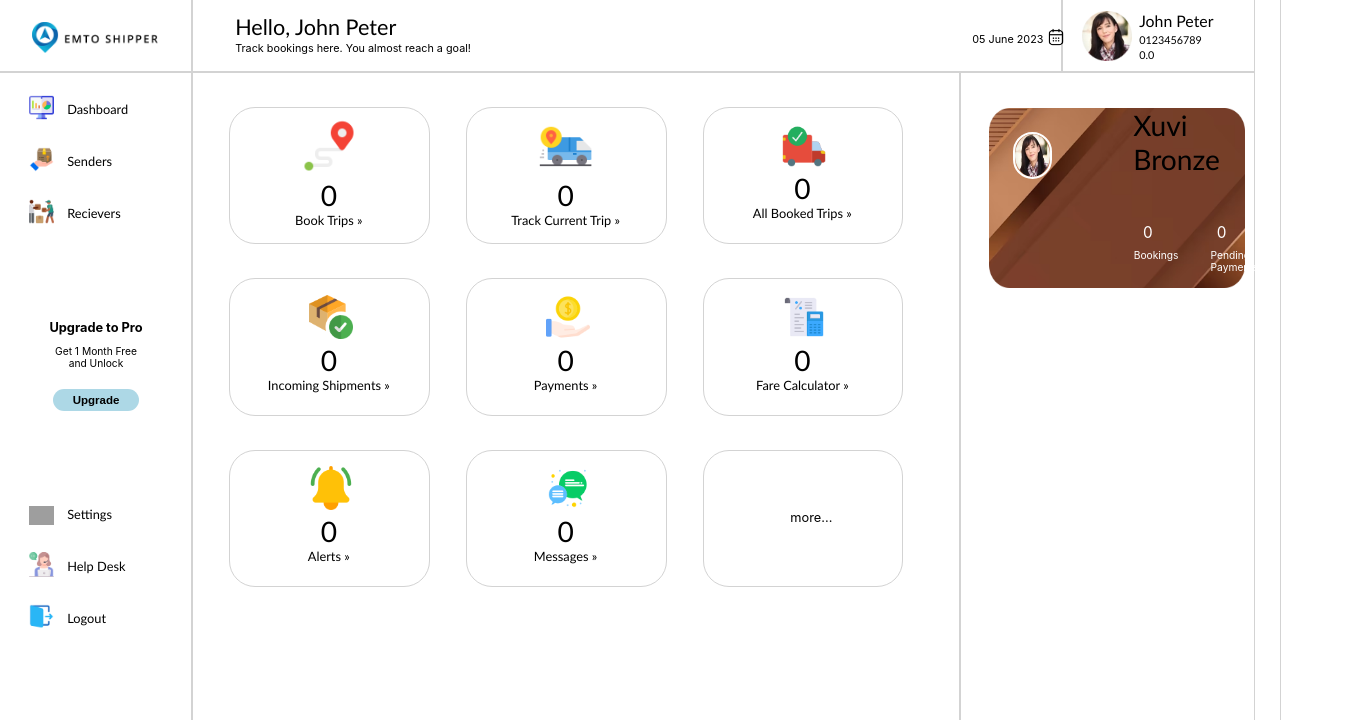
Repository: RoshanArun/Emto-Web
Page: /dashboard (app in emto/reactfirst/)
The author's editor kept a copy of each file at every save. The page is drawn from the files as they stood at one save, then again after the next save.
The browser window is 1280 px wide. The page is 1320 px wide, then 1351 px, then 1320 px, so the pictures cover 1351 px, including what lies to the right of the window. The pictures show the whole page.
Pictures or frames that could not be fetched are drawn as grey boxes. The project was rebuilt for these pictures with package versions that can differ from the ones it lists, and the page was loaded fresh each time. Also part of the build but not shown: emto/reactfirst/src/pages/SignUp/SignUp.css, emto/reactfirst/src/pages/SignUp/SignUp.js, emto/reactfirst/src/pages/Login/Login.js.

Above is the page before, as saved 2023-07-30 02:17:41.

### emto/reactfirst/src/App.js
import React from 'react';
import './pages/Login/Login.css';
import './pages/SignUp/SignUp.css';
import './pages/DashBoard/DashBoard.css';

import { BrowserRouter as Router, Routes, Route }
    from 'react-router-dom';

import SignUp from './pages/SignUp/SignUp';
import Login from './pages/Login/Login';
import DashBoard from './pages/DashBoard/DashBoard';


function App() {
    return (
        <Router>
            <Routes>
                <Route exact path='/' element={<Login />} />
                <Route path='/sign-up' element={<SignUp />} />
                <Route path='/dashboard' element={<DashBoard />} />
            </Routes>
        </Router>
    );
}

export default App;

### emto/reactfirst/src/pages/Login/Login.css
.wrapper {
  width: 100%;
  height: 100%;
  display: flex;
  flex-basis: 100%;
}

.page-left {
  width: 30%;
  min-width: 250px;
  height: 100vh;
  min-height: 570px;
  background-color: #f5f5f5;
}

.page-right {
  width: 100%;
  height: 75vh;
  background-color: #ffffff;
}

.logo {
  width: 60%;
  padding-top: 5%;
  padding-left: 5%;
  padding-bottom: 35%;
}

.truck {
  width: 100%;
  padding-bottom: 10%;
}

.emtocaption {
  width: 65%;
  padding-left: 7%;
  padding-bottom: 5%;
}

.loginbox {
  width: 85%;
  background-color: white;
  border-radius: 25px;
  margin-left: 5%;
  padding-left: 5%;
  padding-top: 2%;
  padding-bottom: 10%;
}

.details {
  font-size: 13px;
  font-family: 'Gill Sans', 'Gill Sans MT', Calibri, 'Trebuchet MS', sans-serif;
  padding-bottom: 8%;
}

.link {
  font-size: 10px;
  font-family: 'Gill Sans', 'Gill Sans MT', Calibri, 'Trebuchet MS', sans-serif;
}

.signin-content {
  height: 85%;
  width: 240px;
  margin-left: auto;
  margin-right: auto;
  padding-top: 30vh;
  min-height: 300px;
}

.signin-label {
  font-size: 27px;
  padding-bottom: 10%;
  padding-right: 30%;
  font-family: 'Gill Sans', 'Gill Sans MT', Calibri, 'Trebuchet MS', sans-serif;
  float: left;
}

.num-label {
  float: left;
  font-size: 12px;
  margin-bottom: 7px;
  font-family: 'Gill Sans', 'Gill Sans MT', Calibri, 'Trebuchet MS', sans-serif;
}

.numinput {
  border-radius: 5px;
  border: 1px solid lightgrey;
  height: 35px;
  width: 235px;
  float: left;
}

input::-webkit-inner-spin-button {
  -webkit-appearance: none;
  margin: 0;
}

.small {
  display: block;
  margin-bottom: -10px;
}

.invalidnumber {
  font-size: 8px;
  float: right;
  color: red;
}

.OTP-label {
  float: left;
  font-size: 11px;
  margin-right: 200px;
  margin-bottom: 7px;
  font-family: 'Gill Sans', 'Gill Sans MT', Calibri, 'Trebuchet MS', sans-serif;
}

.OTPNUM-input {
  width: 50px;
  height: 50px;
  border-radius: 5px;
  border: 1px solid lightgrey;
  position: relative;
  margin-right: 6px;
}

.OTPNUM-inputend {
  width: 50px;
  height: 50px;
  border-radius: 5px;
  border: 1px solid lightgrey;
  position: relative;
}

.invalidOTP {
  font-size: 8px;
  float: right;
  color: red;
}

.submit-button {
  width: 240px;
  height: 35px;
  background-color: #0d69ae;
  color: white;
  border-radius: 5px;
  border: 1px solid lightgrey;
  font-family: 'Gill Sans', 'Gill Sans MT', Calibri, 'Trebuchet MS', sans-serif;
  font-size: 11px;
  margin-top: 10px;
}

.bottom {
  height: 5%;
  margin-top: 1.5%;
  width: 100%;
  font-size: 9px;
  font-family: 'Gill Sans', 'Gill Sans MT', Calibri, 'Trebuchet MS', sans-serif;
}

.terms {
  margin-left: 5px;
  float: left;
}

.language {
  font-size: 9px;
  float: right;
  font-family: 'Gill Sans', 'Gill Sans MT', Calibri, 'Trebuchet MS', sans-serif;
  padding: 3px;
  margin-right: 10px;
}

.radio-button {
  float: right;
  height: 10px;
  width: 10px;
}

@media (max-width: 600px) {
  .wrapper {
    flex-wrap: wrap;
  }

  div {
    flex-basis: 33%;
  }

  .page-left {
    width: 100%;
    min-width: 100%;
    height: 100%;
    background-color: #f5f5f5;
  }

  .box {
    width: 85%;
    background-color: white;
    border-radius: 25px;
    margin-left: 5%;
    padding-left: 5%;
    padding-top: 2%;
    padding-bottom: 5%;
    margin-bottom: 5%;
  }

  .page-right {
    width: 100%;
    min-width: 100%;
    height: 150vw;
    background-color: #f5f5f5;
  }

  .signin-content {
    height: 85%;
    width: 240px;
    padding-top: 25vh;
    text-align: center;

  }
}

### emto/reactfirst/src/pages/DashBoard/DashBoard.css
.dash {
  height: 100vh;
  width: 100vw;
  outline: 1px solid lightgray;
  min-width: 1025px;;
  display: flex;
  flex-wrap: wrap;
}

.top-logo {
  width: 15vw;
  height: 10vh;
  outline: 1px solid lightgray;
  min-height: 55px;;
  min-width: 150px;;
}

.top-intro {
  width: 68vw;
  height: 10vh;
  outline: 1px solid lightgray;
  min-width: 450px;
  min-height: 55px;;
  min-width: 680px;;
}

.top-profile {
  width: 15vw;
  height: 10vh;
  outline: 1px solid lightgray;
  min-width: 100px;
  min-height: 55px;;
  min-width: 165px;;
}

.bottom-options {
  width: 15vw;
  height: 90vh;
  outline: 1px solid lightgray;
  min-height: 450px;
  min-width: 150px;;
}

.bottom-info {
  width: 60vw;
  height: 90vh;
  outline: 1px solid lightgray;
  min-width: 600px;;
}

.bottom-profile {
  width: 23vw;
  height: 90vh;
  outline: 1px solid lightgray;
  min-width: 250px;
}


.dashboardlogo {
  width: 17.5vh;
  margin-top: 3vh;
  margin-left: 2.5vw;
  min-width: 100px;
}

.dashboardicon {
  margin-top: 12%;
  margin-left: 15%;
  width: 13%;
  min-width: 20px;
}

.dashboardlabels {
  margin-left: 7%;
  font-size: 1vw;
  position: relative;
  bottom: .5vw;
  font-family: 'Gill Sans', 'Gill Sans MT', Calibri, 'Trebuchet MS', sans-serif;
  color: black;
}

.pro {
  font-size: 1.0vw;
  font-weight: bold;
  text-align: center;
  display: block;
  margin-bottom: 5%;
  margin-top: 10vh;
}

.unlock {
  display: block;
  font-size: .8vw;
  word-wrap: break-word;
  text-align: center;

}

.unlock2 {
  font-size: .8vw;
  text-align: center;
  display: block;

}

.upgrade {
  background-color: lightblue;
  border: none;
  border-radius: 15px;
  width: 45%;
  height: 3.5%;
  margin-left: auto;
  margin-right: auto;
  display: grid;
  margin-bottom: 10vh;
  text-align: center;
  font-size: .9vw;
  font-weight: bold;
  align-items: center;
}

.intro {
  font-size: 3vh;
  font-family: 'Gill Sans', 'Gill Sans MT', Calibri, 'Trebuchet MS', sans-serif;
  padding-left: 6vh;
  margin-top: 2vh;
  display: inline-block;
}

.introsub {
  margin-left: 6vh;
  font-size: 1.5vh;
  margin-top: 2px;
  display: flex;
}


.Calender {
  position: relative;
  left: 45vw;
  top: 1vh;
  font-size: 1.5vh;
}

.calenderIcon {
  width: 2.5vh;
  position: relative;
  left: 45.25vw;
  top: 1.5vh;
  font-size: 1.5vh;
}

.profileIcon {
  width: 7vh;
  margin-left: 10%;
  margin-top: 1.5vh;
  min-width: 40px
}

.userLabel {
  margin-left: 6vw;
  font-size: 2.2vh;
  position: relative;
  bottom: 7.5vh;
  font-family: 'Gill Sans', 'Gill Sans MT', Calibri, 'Trebuchet MS', sans-serif;
  color: black;
  display: block;
  margin-bottom: -17.5px
}

.userLabel2 {
  margin-left: 6vw;
  font-size: 1.5vh;
  position: relative;
  bottom: 7.5vh;
  font-family: 'Gill Sans', 'Gill Sans MT', Calibri, 'Trebuchet MS', sans-serif;
  color: black;
  display: block;
  margin-bottom: -17.5px
}

.box {
  margin-top: 5vh;
  height: 6vh;
  width: 12.5vw;
  outline: 1px solid lightgray;
  display: inline-block;
  vertical-align: top;
  background-color: white;
  border-radius: 25px;
  margin-left: 5%;
  padding-left: 5%;
  padding-top: 2%;
  padding-bottom: 10%;
  min-width: 130px;
  min-height: 40px;

}

.boximage {
  width: 35%;
  margin-left: 20%;
  margin-top: -5px;
  margin-right: auto;
}

.boximage2 {
  width: 27.5%;
  margin-left: 25%;

}

.boxLabel {
  display: block;
  margin-left: 32.5%;
  font-size: 2.2vw;
  font-family: 'Gill Sans', 'Gill Sans MT', Calibri, 'Trebuchet MS', sans-serif;

}

.boxlabel2 {
  display: block;
  font-size: 1vw;
  text-align: center;
  margin-left: -25%;
  margin-top: -20px;
  font-family: 'Gill Sans', 'Gill Sans MT', Calibri, 'Trebuchet MS', sans-serif;
}

.more {
  margin-left: 30%;
  margin-top: 27.5%;
  display: block;
  font-size: 1vw;
}

.bronze{
  width: 20vw;
  height: 25vh;
  min-height: 140px;
  display: inline-block;
}

.bronzelabel{
  display: block;
  margin-left: 32.5%;
  font-size: 2.2vw;
  font-family: 'Gill Sans', 'Gill Sans MT', Calibri, 'Trebuchet MS', sans-serif;

}

.bronzeicon{
  width: 6vw;
  height: 6vh;
  margin-left: -90%;
  margin-top: 10%;
  outline: 2px solid white;
  border-radius: 205px;
  min-width: 35px;
  min-height: 35px;
}

.bronzeInformation{
  display: flex;
  position: relative;
  right: 30%;
  margin-top: 45%;
  margin-right: 5vw;
  font-size: 1.2vw;
  color: white;
}


.bronzeInformation2{
  display: flex;
  position: relative;
  right: 120%;
  margin-top: 55%;
  margin-right: 2.5vw;
  font-size: .8vw;
  color: white;
 }

.box2{
  margin-top: 5vh;
  height: 25vh;
  width: 20vw;
  display: flex;
  vertical-align: top;
  background-color: white;
  margin-left: 10%;
  min-width: 130px;
  min-height: 130px;
}

### emto/reactfirst/src/pages/DashBoard/DashBoard.js
import React from 'react';
import IMAGES from '../../Components';

const DashBoard = () => {
    return (
        <div class="DashBoard">
            <meta name="viewport" content="width=device-width, initial-scale=1.0" />
            <div class="wrapper">
                <div class="dash">
                    <div class="top-logo">
                        <img src={IMAGES.emtologo} class="dashboardlogo" alt="dashboardlogo" /><br></br>
                    </div>
                    <div class="top-intro">
                        <label class="intro">Hello, John Peter</label>
                        <label class="Calender">05 June 2023</label>
                        <img src={IMAGES.calender} class="calenderIcon" alt="dashboardlogo" /><br></br>
                        <label class="introsub">Track bookings here. You almost reach a goal!</label>
                    </div>
                    <div class="top-profile">
                        <img src={IMAGES.profile} class="profileIcon" alt="dashboardlogo" />
                        <label class="userLabel">John Peter</label><br></br>
                        <label class="userLabel2">0123456789</label><br></br>
                        <label class="userLabel2">0.0</label><br></br>
                    </div>

                    <div class="bottom-options">
                        <img src={IMAGES.dashboard} class="dashboardicon" alt="dashboardlogo" /><label class="dashboardlabels">Dashboard</label><br></br>
                        <img src={IMAGES.senders} class="dashboardicon" alt="dashboardlogo" /><label class="dashboardlabels">Senders</label><br></br>
                        <img src={IMAGES.recievers} class="dashboardicon" alt="dashboardlogo" /><label class="dashboardlabels">Recievers</label><br></br><br></br>
                        <label class="pro">Upgrade to Pro</label>
                        <label class="unlock">Get 1 Month Free</label>
                        <label class="unlock2">and Unlock</label><br></br>
                        <button class="upgrade">Upgrade</button>
                        <img src={IMAGES.settings} class="dashboardicon" alt="dashboardlogo" /><label class="dashboardlabels">Settings</label><br></br>
                        <img src={IMAGES.csx} class="dashboardicon" alt="dashboardlogo" /><label class="dashboardlabels">Help Desk</label><br></br>
                        <img src={IMAGES.logout} class="dashboardicon" alt="dashboardlogo" /><label class="dashboardlabels">Logout</label><br></br>
                    </div>

                    <div class="bottom-info">
                        <div class="box">
                            <img src={IMAGES.booktrips} class="boximage" alt="dashboardlogo" />
                            <label class="boxLabel">0</label><br></br>
                            <label class="boxlabel2">Book Trips 	&#187;</label>
                        </div>
                        <div class="box">
                            <img src={IMAGES.currenttTrips} class="boximage" alt="dashboardlogo" />
                            <label class="boxLabel">0</label><br></br>
                            <label class="boxlabel2">Track Current Trip	&#187;</label>
                        </div>
                        <div class="box">
                            <img src={IMAGES.bookedTrips} class="boximage2" alt="dashboardlogo" />
                            <label class="boxLabel">0</label><br></br>
                            <label class="boxlabel2">All Booked Trips	&#187;</label>
                        </div>
                        <div class="box">
                            <img src={IMAGES.incomingShipments} class="boximage2" alt="dashboardlogo" />
                            <label class="boxLabel">0</label><br></br>
                            <label class="boxlabel2">Incoming Shipments	&#187;</label>
                        </div>
                        <div class="box">
                            <img src={IMAGES.payments} class="boximage2" alt="dashboardlogo" />
                            <label class="boxLabel">0</label><br></br>
                            <label class="boxlabel2">Payments	&#187;</label>
                        </div>
                        <div class="box">
                            <img src={IMAGES.fareCalc} class="boximage2" alt="dashboardlogo" />
                            <label class="boxLabel">0</label><br></br>
                            <label class="boxlabel2">Fare Calculator	&#187;</label>
                        </div>
                        <div class="box">
                            <img src={IMAGES.alerts} class="boximage2" alt="dashboardlogo" />
                            <label class="boxLabel">0</label><br></br>
                            <label class="boxlabel2">Alerts	&#187;</label>
                        </div>
                        <div class="box">
                            <img src={IMAGES.messages} class="boximage2" alt="dashboardlogo" />
                            <label class="boxLabel">0</label><br></br>
                            <label class="boxlabel2">Messages	&#187;</label>
                        </div>
                        <div class="box">
                            <label class="more">more...</label><br></br>
                        </div>
                    </div>

                    <div class="bottom-profile">
                        <div class='box2'>
                            <img src={IMAGES.bronze} class="bronze" alt="dashboardlogo" />
                            <img src={IMAGES.profile} class="bronzeicon" alt="dashboardlogo" />
                            <label class="bronzelabel">Xuvi Bronze</label><br></br>
                            <label class="bronzeInformation">0</label><br></br>
                            <label class="bronzeInformation">0</label><br></br>
                            <label class="bronzeInformation">0</label><br></br>
                            <label class="bronzeInformation2">Bookings</label><br></br>
                            <label class="bronzeInformation2">Pending Payments</label><br></br>
                            <label class="bronzeInformation2">Points</label><br></br>

                        </div>


                        {/* <img src={IMAGES.bronze} class="box-banner2" alt="dashboardlogo" /> */}
                    </div>
                </div>
            </div>
        </div>
    );
}
export default DashBoard;

### emto/reactfirst/src/Components/index.js
const IMAGES = {
    emtocaption: require('./emto-caption.png'),
    emtotruck: require('./emtotruck.jpg'),
    emtologo: require('./emto-logo.png'),

    dashboard: require('./business-report.png'),
    senders: require('./senders.png'),
    recievers: require('./recievers.png'),

    settings: require('./settings.png'),
    csx: require('./customer-service.png'),
    logout: require('./logout.png'),

    calender: require('./calendar.png'),
    profile: require('./profile.png'),

    booktrips: require('./destination.png'),
    currenttTrips: require('./tracking.png'),
    bookedTrips: require('./truck.png'),
    incomingShipments: require('./approval.png'),
    payments: require('./cash-payment.png'),
    fareCalc: require('./calculator.png'),
    alerts: require('./bell.png'),
    messages: require('./chat-box.png'),

    bronze: require('./bronze-bg.png')
}

export default IMAGES;

Loaded but not shown: emto/reactfirst/public/index.html (common file); emto/reactfirst/src/index.js (common file); emto/reactfirst/src/index.css (common file); emto/reactfirst/src/reportWebVitals.js (common file)

After the next save:
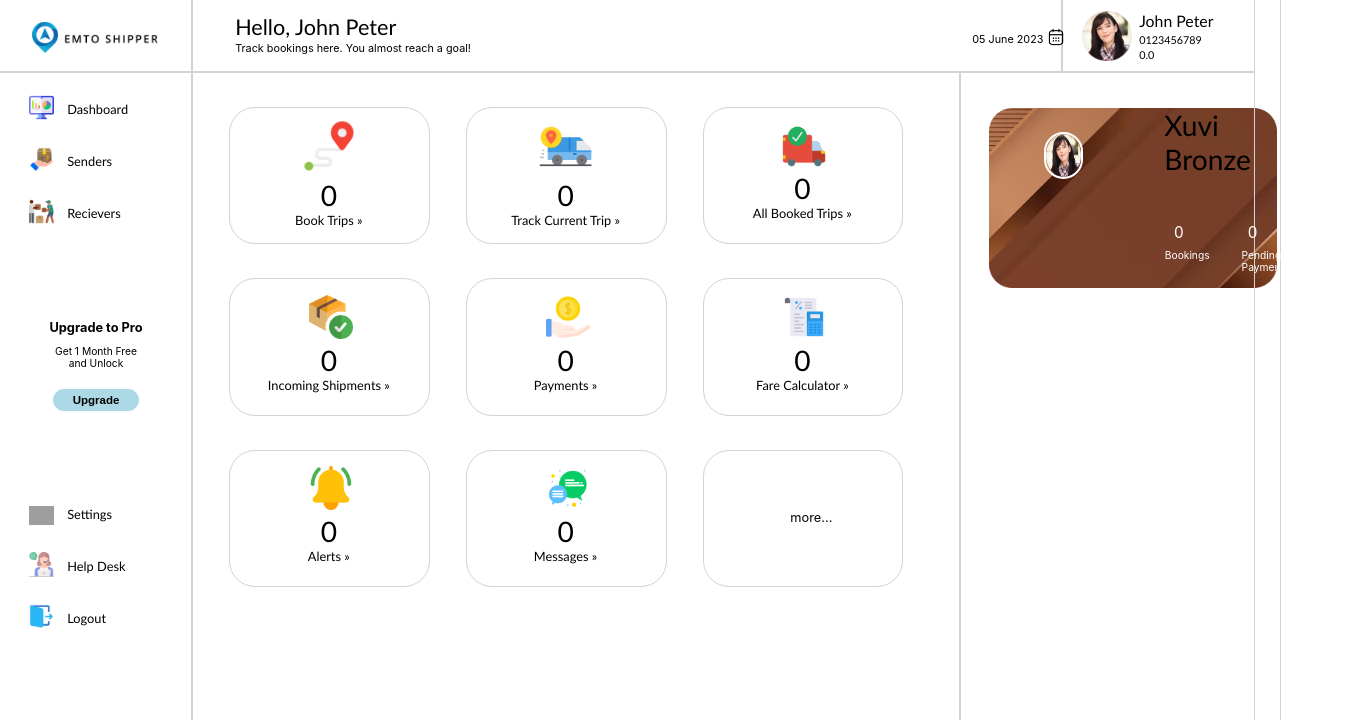
Saved 35 s later.
--- a/emto/reactfirst/src/pages/DashBoard/DashBoard.css
+++ b/emto/reactfirst/src/pages/DashBoard/DashBoard.css
@@ -235,7 +235,7 @@
 }
 
 .bronze{
-  width: 20vw;
+  width: 25vw;
   height: 25vh;
   min-height: 140px;
   display: inline-block;

After the save that followed:
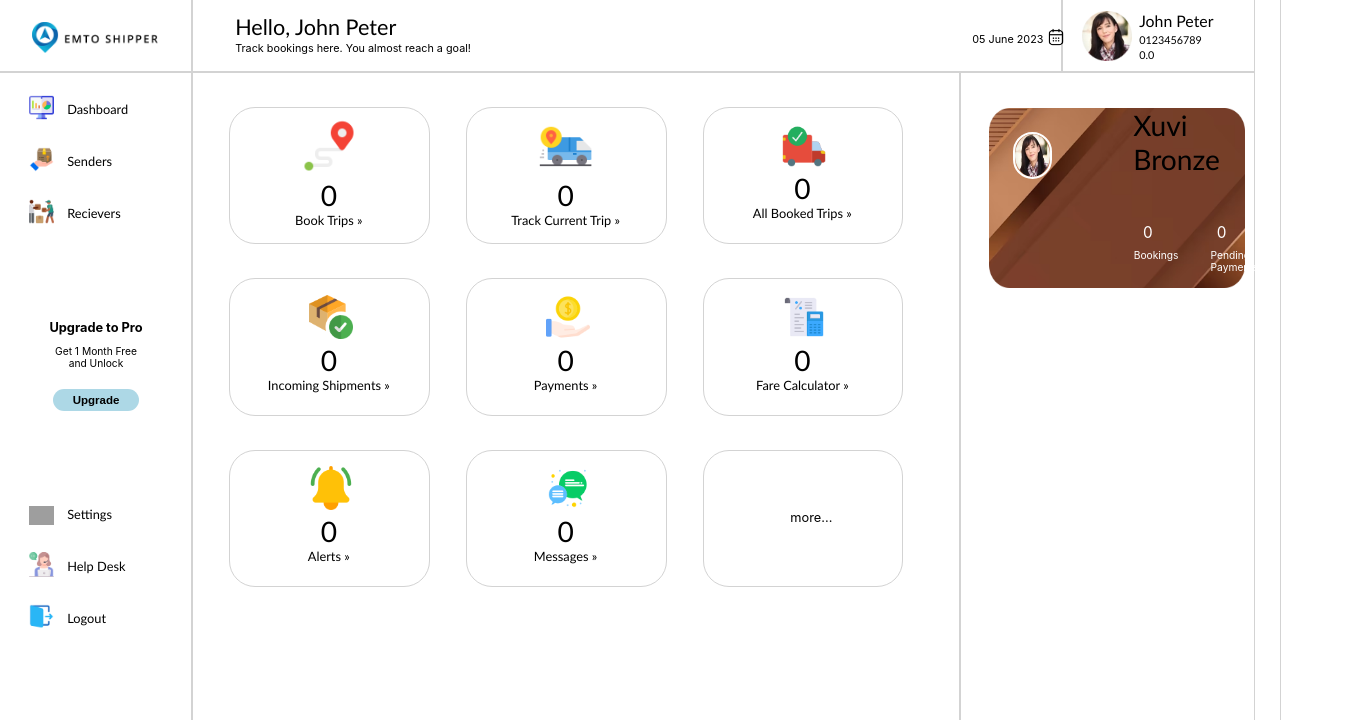
Saved 5 s later.
--- a/emto/reactfirst/src/pages/DashBoard/DashBoard.css
+++ b/emto/reactfirst/src/pages/DashBoard/DashBoard.css
@@ -235,7 +235,7 @@
 }
 
 .bronze{
-  width: 25vw;
+  width: 20vw;
   height: 25vh;
   min-height: 140px;
   display: inline-block;
